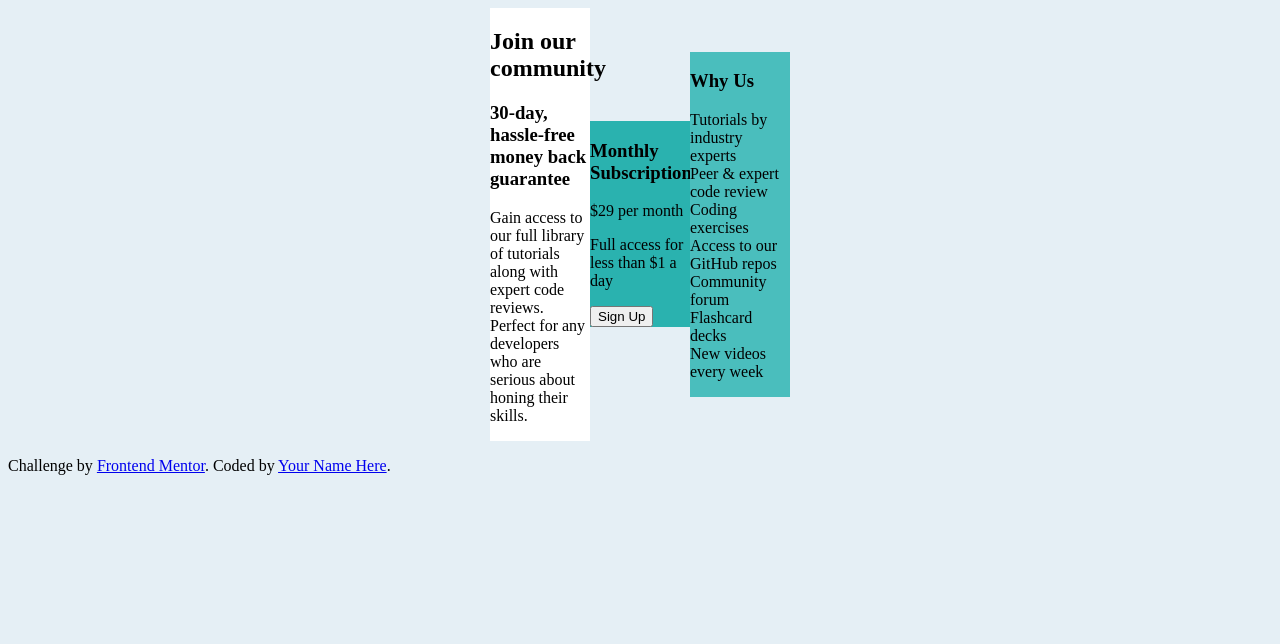
Repository: jminervino/PriceGridComponent
Page: index.html
The author's editor kept a copy of each file at every save. The page is drawn from the files as they stood at one save, then again after the next save.
The browser window is 1280 px wide. The pictures show the whole page.

Above is the page before, as saved 2022-02-07 10:53:56.

After the next save:
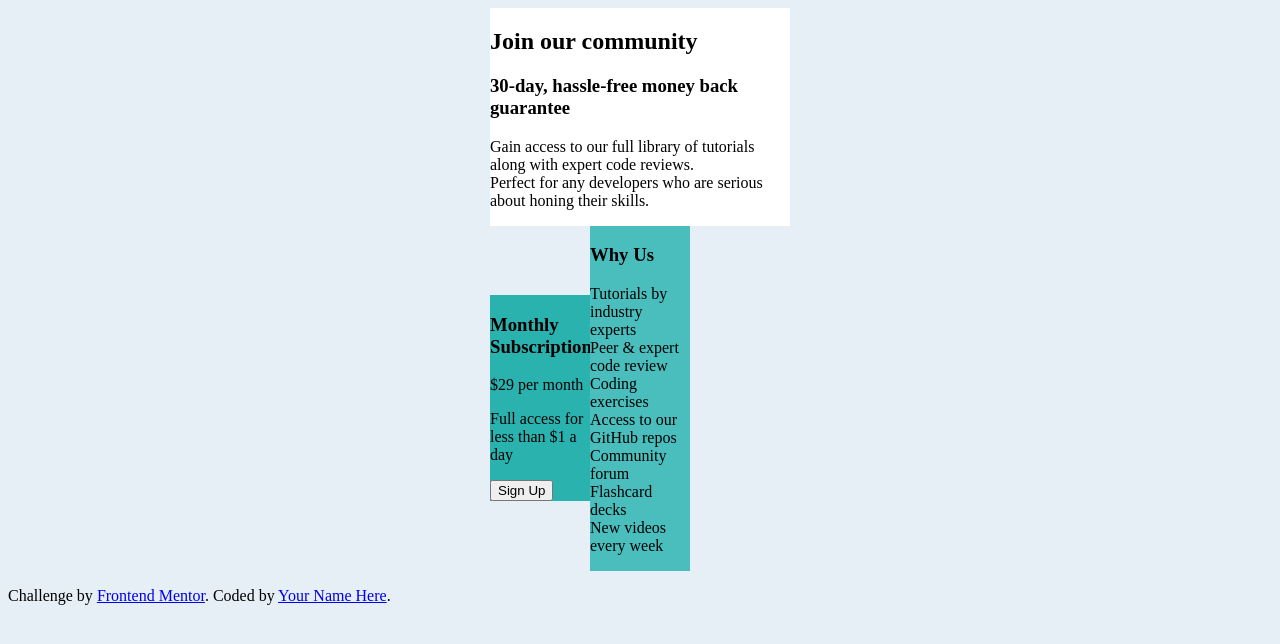
Saved 65 s later.
--- a/style.css
+++ b/style.css
@@ -16,6 +16,7 @@
 
 .box-one  {
     background-color: #ffffff;
+    grid-column: 1/4;
 }
 
 .box-two {
